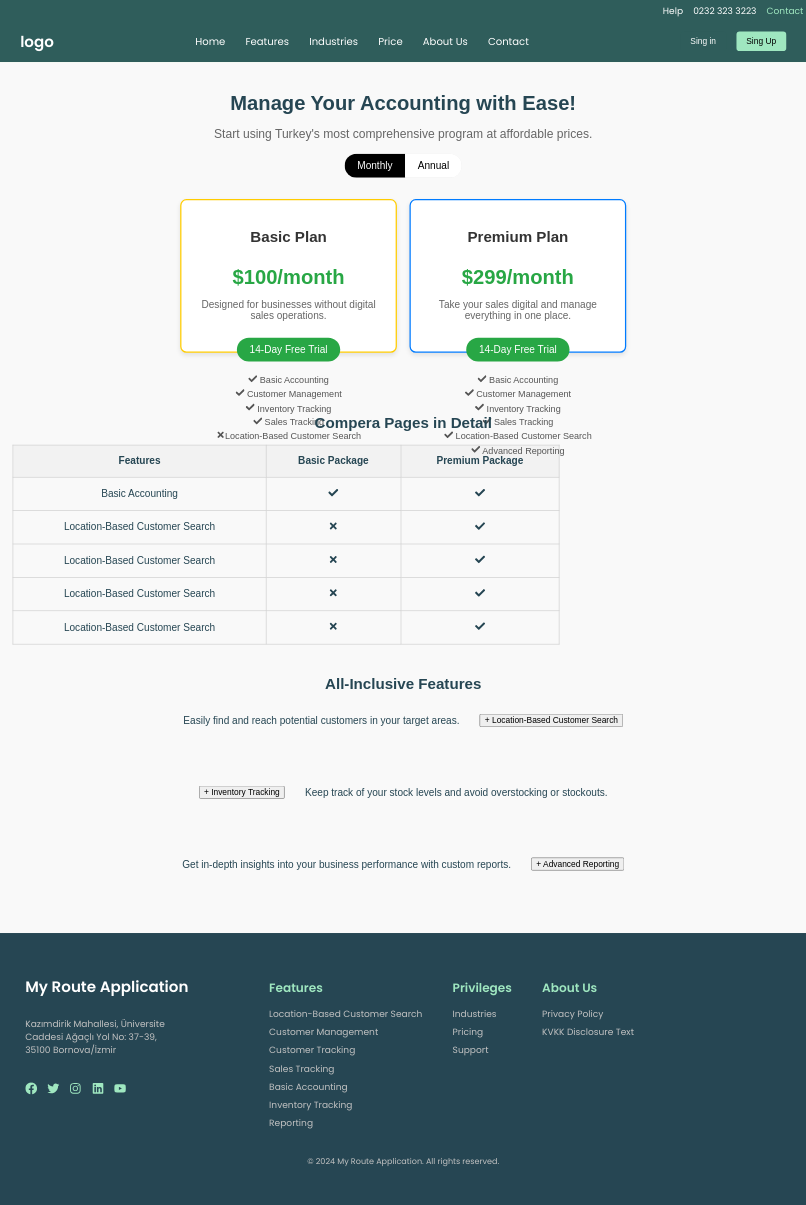
Repository: senolinanyasar/myrouteapplication
Page: /pricing
An editor plug-in stored every save of this project. The page is shown before and after the next save, followed by the edit.
The browser window is 1280 px wide. The pictures show the whole page, at 63% of full size.
The project was rebuilt for these pictures with package versions that can differ from the ones it lists, and the page was loaded fresh each time. Also part of the build but not shown: vite.config.js, src/components/HeroSection.css, src/components/HeroSection.js, src/components/FeaturesSection.js, src/components/PricingSection.css, src/components/PricingSection.js, src/components/SupportSection.css, src/components/SupportSection.js and 3 more.

Above is the page before, as saved 2024-11-16 21:44:12.

### src/index.css
@import url('https://fonts.googleapis.com/css2?family=Poppins:wght@400;600&display=swap');

body {
  font-family: 'Poppins', sans-serif;
  color: #264653;
  background-color: #f1faee;
  margin: 0;
  padding: 0;
  box-sizing: border-box;
}

code {
  font-family: source-code-pro, Menlo, Monaco, Consolas, 'Courier New',
    monospace;
}

### src/App.js
import React from 'react';
import { BrowserRouter as Router, Route, Routes } from 'react-router-dom';
import Header from './components/Header';
import HomePage from './components/HomePage';
import PricingPage from './components/PricingPage';
import TopBar from './components/TopBar';
import Footer from './components/Footer';


function App() {
  return (
    <Router>
      <TopBar/>
      <Header />
      <Routes>
        <Route path='/' element={<HomePage />} />
        <Route path='/pricing' element={<PricingPage />} />

      </Routes>
      <Footer/>
    </Router>

  );
}

export default App;

### src/components/Header.js
// Header.js
import React from 'react';
import './Header.css';
import { Link } from 'react-router-dom';

const Header = () => {
    return (
        <header className="header">
            <div className="header-logo">logo</div>
            <nav className="header-nav">

                    <Link to="/">Home</Link>
                    <Link to="/features">Features</Link>
                    <Link to="/industries">Industries</Link>
                    <Link to="/pricing">Price</Link>
                    <Link to="/aboutus">About Us</Link>
                    <Link to="/contact">Contact</Link>



            </nav>
            <div className="header-buttons">
                <button className="login-button">Sing in</button>
                <button className="register-button">Sing Up</button>
            </div>
        </header>
    );
};


export default Header;

### src/components/PricingPage.js
// PricingPage.js

import React, { useState } from "react";
import './PricingPage.css';
import { FaCheck, FaTimes } from "react-icons/fa";


const PricingPage = () => {
    const [isAnnual, setIsAnnual] = useState(false);

    return (
        <section className="pricing-page">
            <div className="pricing-header">
                <h1>Manage Your Accounting with Ease!</h1>
                <p>Start using Turkey's most comprehensive program at affordable prices.</p>
                <div className="toggle-buttons">
                    <button
                        className={`toggle-btn ${!isAnnual ? "active" : ""}`}
                        onClick={() => setIsAnnual(false)}
                    >
                        Monthly
                    </button>
                    <button
                        className={`toggle-btn ${isAnnual ? "active" : ""}`}
                        onClick={() => setIsAnnual(true)}
                    >
                        Annual
                    </button>
                </div>
            </div>
            <div className="pricing-plans">
                <div className="plan basic-plan">
                    <h3>Basic Plan</h3>
                    <p className="price">
                        {isAnnual ? "$1,000/year" : "$100/month"}
                    </p>
                    <p className="subtext">
                        Designed for businesses without digital sales operations.
                    </p>
                    <button className="try-button">14-Day Free Trial</button>
                    <ul>
                        <li><FaCheck /> Basic Accounting</li>
                        <li><FaCheck /> Customer Management</li>
                        <li><FaCheck /> Inventory Tracking</li>
                        <li><FaCheck /> Sales Tracking</li>
                        <li><FaTimes className="not-included" />Location-Based Customer Search</li>
                    </ul>
                </div>
                <div className="plan premium-plan">
                    <h3>Premium Plan</h3>
                    <p className="price">
                        {isAnnual ? "$3,000/year" : "$299/month"}
                    </p>
                    <p className="subtext">
                        Take your sales digital and manage everything in one place.
                    </p>
                    <button className="try-button">14-Day Free Trial</button>

                    <ul>
                        <li><FaCheck /> Basic Accounting</li>
                        <li><FaCheck /> Customer Management</li>
                        <li><FaCheck /> Inventory Tracking</li>
                        <li><FaCheck /> Sales Tracking</li>
                        <li><FaCheck /> Location-Based Customer Search</li>
                        <li><FaCheck /> Advanced Reporting</li>
                    </ul>
                </div>
            </div>


            <div className="comparison-table">
                <h2>Compera Pages in Detail</h2>
                <table>
                    <thead>
                        <tr>
                            <th>Features</th>
                            <th>Basic Package</th>
                            <th>Premium Package</th>
                        </tr>
                    </thead>
                    <tbody>
                        <tr>
                            <td>Basic Accounting</td>
                            <td><FaCheck /></td>
                            <td><FaCheck /></td>
                        </tr>
                        <tr>
                            <td>Location-Based Customer Search</td>
                            <td><FaTimes className="not-included" /></td>
                            <td><FaCheck /></td>
                        </tr>
                        <tr>
                            <td>Location-Based Customer Search</td>
                            <td><FaTimes className="not-included" /></td>
                            <td><FaCheck /></td>
                        </tr>
                        <tr>
                            <td>Location-Based Customer Search</td>
                            <td><FaTimes className="not-included" /></td>
                            <td><FaCheck /></td>
                        </tr>
                        <tr>
                            <td>Location-Based Customer Search</td>
                            <td><FaTimes className="not-included" /></td>
                            <td><FaCheck /></td>
                        </tr>
                    </tbody>
                </table>
            </div>

            <div className="features-expand">
                <h2> All-Inclusive Features</h2>
                <div className="feature">
                    <button className="feature-toggle">+ Location-Based Customer Search</button>
                    <p className="feature-description">Easily find and reach potential customers in your target areas.</p>
                </div>
                <div className="feature">
                    <button className="feature-toggle">+  Inventory Tracking</button>
                    <p className="feature-description">Keep track of your stock levels and avoid overstocking or stockouts.</p>
                </div>
                <div className="feature">
                    <button className="feature-toggle">+ Advanced Reporting</button>
                    <p className="feature-description">Get in-depth insights into your business performance with custom reports.</p>
                </div>
            </div>
        </section>
    );

};

export default PricingPage;

### src/components/TopBar.js
// TopBar.js
import React from 'react';
import './TopBar.css';

const TopBar = () => {
    return (
        <div className="top-bar">
            <div className="top-bar-content">
                <span>Help</span>
                <span>0232 323 3223</span>
                <a href="#contact">Contact</a>
            </div>
        </div>
    );
};

export default TopBar;

### src/components/Footer.js
// Footer.js

import React from 'react';
import './Footer.css';
import { FaFacebook, FaInstagram, FaLinkedin, FaTwitter, FaYoutube } from 'react-icons/fa';

const Footer = () => {
    return (
        <footer className="footer">
            <div className='footer-content'>
                <div className='footer-left'>
                    <div className='footer-logo'>
                        <h2>My Route Application</h2>
                    </div>
                    <p>Kazımdirik Mahallesi, Üniversite <br />Caddesi Ağaçlı Yol No: 37-39, <br />35100 Bornova/İzmir</p>
                    <div className='social-icons'>
                        <FaFacebook />
                        <FaTwitter />
                        <FaInstagram />
                        <FaLinkedin />
                        <FaYoutube />
                    </div>
                </div>

                <div className="footer-right">
                <br/><br/><br/><br/>
                    <div className='footer-section'>
                        <h4>Features</h4>
                        <ul>
                            <li>Location-Based Customer Search</li>
                            <li>Customer Management</li>
                            <li>Customer Tracking</li>
                            <li>Sales Tracking</li>
                            <li>Basic Accounting</li>
                            <li>Inventory Tracking</li>
                            <li>Reporting</li>
                        </ul>
                    </div>

                    <div className="footer-section">
                        <h4>Privileges</h4>
                        <ul>
                            <li>Industries</li>
                            <li>Pricing</li>
                            <li>Support</li>
                        </ul>
                    </div>

                    <div className="footer-section">
                        <h4>About Us</h4>
                        <ul>
                            <li>Privacy Policy</li>
                            <li>KVKK Disclosure Text</li>
                        </ul>
                    </div>
                </div>
            </div>

            <div className="footer-bottom">
                <p>&copy; 2024 My Route Application. All rights reserved.</p>
            </div>
        </footer>
    );
};

export default Footer;

### src/components/Header.css
/* Header.css */
.header{
    display: flex;
    justify-content: space-between;
    align-items: center;
    padding: 1rem 2rem;
    background-color: #2f5d5b;
    color: white;
    margin-top: 2rem;
    position: sticky;
    top: 2rem;
    z-index: 999;
}


.header-logo {
    font-size: 1.5rem;
    font-weight: bold;
}
.header-nav a{
    margin: 0 1rem;
    color: white;
    text-decoration: none;
}
.header-nav a:hover {
    color: #e9c46a;
  }

.header-buttons button{
    margin-left: 1rem;
    padding: 0.5rem 1rem;
    border: none;
    border-radius: 5px;
}

.login-button{
    background-color: #2f5d5b;
    color: white;
}

.register-button{
    background-color: #9fe7c0;
    color: black;
}

### src/components/PricingPage.css
/* PricingPage.css */

.pricing-page{
    font-family: "Arial",sans-serif;
    padding: 20px;
    text-align: center;
    background-color: #f9f9f9;
    text-align: center;
}

.pricing-header{
    text-align: center;
    margin-bottom: 30px;
}
.pricing-header h1{
    font-size: 2rem;
    font-weight: bold;
    margin-bottom: 10px;
}

.pricing-header p{
    margin-bottom: 20px;
    color: #666;
    font-size: 1.2rem;
}

.toggle-buttons{
    display: inline-block;
    background-color: #e9e9e9;
    border-radius: 20px;
    overflow: hidden;
}

.toggle-btn{
    padding: 10px 20px;
   font-size: 1rem;
    cursor: pointer;
    color: #000;
    border: none;
    background:  #fff;
    transition: all 0.3s;
}
.toggle-buttons .active{
    background-color: #000;
    color: #fff;
}

.pricing-plans{
    display: flex;
    justify-content: center;
    gap: 20px;
    margin-top: 30px;
    align-items: center;

}

.plan {
    background: #fff;
    border: 1px solid #ddd;
    border-radius: 10px;
    padding: 20px;
    width: 300px;
    height: 200px;
    margin-bottom: 50px;
    text-align: center;
    transition: transform 0.3s ease;
    box-shadow: 0px 4px 8px rgba(0, 0, 0, 0.1);
}

.plan:hover{
    transform: scale(1.05);
}
.plan h3{
    font-size: 1.5rem;
    color: #333;
    margin-bottom: 10px;
}

.plan .price{
    font-size: 2rem;
    font-weight: bold;
    color: #28a745;
    margin-bottom: 10px;
}

.plan .subtext{
    font-size: 1rem;
    color: #666;
    margin-bottom: 15px;
}



.plan ul{
    list-style: none;
    padding: 0;
    margin-top: 20px;
}

.plan ul li{
    color: #555;
    font-size: 0.9rem;
    margin-bottom: 5px;
}

.try-button{
    background: #28a745;
    color: #fff;
    padding: 10px 20px;
    border: none;
    border-radius: 20px;
    cursor: pointer;
    font-size: 1rem;
    margin-top: 10px;
    transition: transform 0.3s ease;
}

.try-button:hover{
    background: #218838;
}
.basic-plan{
    border: 2px solid #ffcc00;
}
.premium-plan{
    border: 2px solid #007bff;
}
.comparison-table{
    margin-top: 3rem;
    text-align: center;
}

.comparison-table table{

    width: 70%;
    border-collapse: collapse;
}

.comparison-table th,
.comparison-table td{
    padding: 1rem;
    border: 1px solid #ccc
}

.comparison-table th{
    background-color: #f2f2f2;
}

.comparison-table td{
    text-align: center;
}

.features-expand{
    margin-top: 3rem;
}

.feture{
    margin-top: 1rem;
}


.feture-toggle{
    background: none;
    border: none;
    font-size: 1rem;
    font-weight: bold;
    color: #2a9d8f;
    cursor: pointer;
    display: block;
    text-align: left;
    padding: 0.5rem;
}

.feture-description{
    display: none;
    color: #6d6d6d;
    font-size: 0.9rem;
    margin-top: 0.5rem;
}

.feture-toggle:focus + .feture-description,
.feture-toggle:hover + .feture-description{
    display: block;
}

### src/components/TopBar.css
/* TopBar.css */

.top-bar {
    background-color: #2f5d5b;
    color: white;
    padding: 0.5rem;
    font-size: 0.9rem;
    display: flex;
    justify-content: center;
    position: fixed;
    top: 0;
    width: 99%;
    z-index: 1000;
}
.top-bar-content {
    display: flex;
    gap: 1rem;
    align-items: center;
    justify-content: flex-end;
    width: 100%;
}

.top-bar-content span{
    color: #ffffff;
}
.top-bar-content a{
    color: #9fe7c0;
    text-decoration: none;
    transition: color 0.3s;
}

.top-bar-content a:hover{
    color: #c3f2d0;
}

### src/components/Footer.css
/* Footer.css */

.footer {
    background-color: #264653;
    color: #ffffff;
    padding: 3rem 2rem;
}
.footer-content{
    display: flex;
    max-width: 1200px;
    justify-content: space-around;
    margin: 0 auto;
}

.footerleft{
    flex: 1;
    max-width: 300px;
}

.footer-logo h2{
    font-size: 1.5rem;
    color: #ffffff;
    margin-bottom: 2rem;
}


.footer-left p{
    color: #c3c3c3;
    font-size: 0.9rem;
    margin-bottom: 2.5rem;
}

.social-icons{
    display: flex;
    gap: 1rem;
    font-size: 1.2rem;
}


.social-icons svg{
    color: #9fe7c0;
    cursor: pointer;
    transition: color 0.3s ease;
}
.social-icons svg:hover {
    color: #c3f2d0;
}

.footer-right{
    display: flex;
    gap: 3rem;
    flex: 2;
    margin-left: 5rem;
}

.footer-section{
    text-align: left;
}
.footer-section h4{
    font-size: 1.2rem;
    color: #9fe7c0;
    margin-bottom: 1rem;
}
.footer-section ul{
    list-style: none;
    padding: 0;
    margin: 0;

}

.footer-section ul li{
    font-size: 0.9rem;
    margin-bottom: 0.5rem;
    color: #c3c3c3;
    cursor: pointer;
    transition: color 0.3s ease;
}

.footer-sectionul li:hover{
    color: #ffffff;
}

.footer-bottom{
    text-align: center;
    font-size: 0.8rem;
    color: #c3c3c3;
    margin-top: 2rem;
}

### src/components/FeaturesSection.css
/* FeaturesSection.css */
.features-section {
    padding: 4rem 2rem;
    text-align: center;
}

.features-title {
    font-size: 2rem;
    font-weight: 600;
    color: #264653;
    margin-bottom: 3rem;
    line-height: 1.2;
}



.feature {
    display: flex;
    align-items: center;
    justify-content: center;
    gap: 2rem;
    margin-bottom: 4rem;
    flex-direction: row;
}

.feature:nth-child(even) {
    flex-direction: row-reverse;
}

.feature-text {
    flex: 1;
    max-width: 500px;
    text-align: left;
}

.features h3 {
    font-size: 1.8rem;
    font-weight: 600;
    color: #264653;
    margin-bottom: 1rem;
}

.feature-text p {
    font-size: 1.1rem;
    color: #6d6d6d;
    margin-bottom: 1.5rem;
}

.cta-button {
    padding: 0.8rem 1.5rem;
    font-size: 1rem;
    color: #2f5d5b;
    background-color: #9fe7c0;
    border: none;
    border-radius: 5px;
    cursor: pointer;
    transition: background-color 0.3s ease;
    text-align: center;
}

.cta-button:hover {
    background-color: #c3f2d0;
}

.feature-image {
    flex: 1;
    max-width: 400px;
    height: auto;
}

.feature-image img {
    width: 100%;
    height: auto;
    object-fit: cover;
    border-radius: 10px;
}

Loaded but not shown: public/index.html (common file); src/index.js (common file); src/reportWebVitals.js (common file)

After the next save:
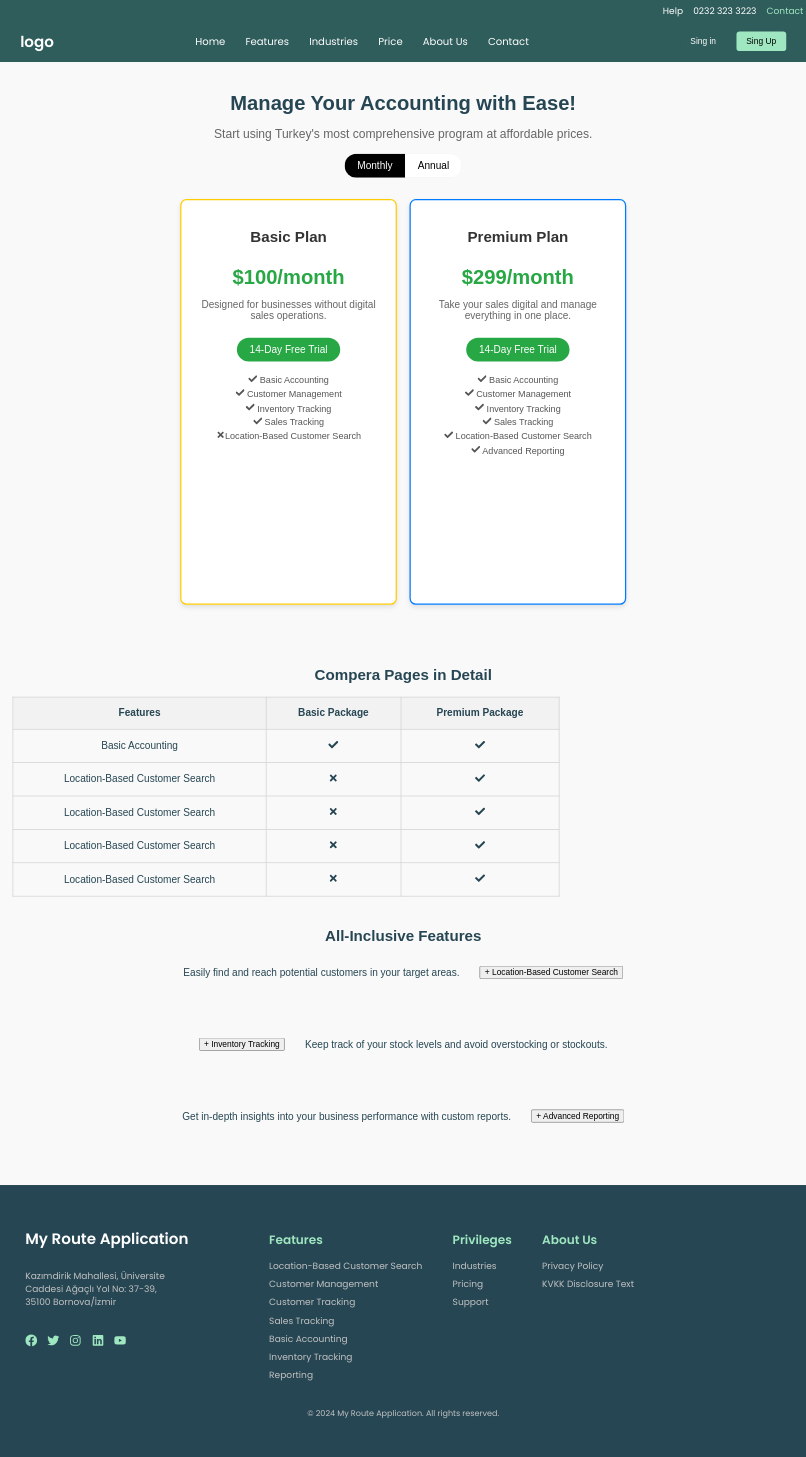
Saved 5 s later.
--- a/src/components/PricingPage.css
+++ b/src/components/PricingPage.css
@@ -60,7 +60,7 @@
     border-radius: 10px;
     padding: 20px;
     width: 300px;
-    height: 200px;
+    height: 600px;
     margin-bottom: 50px;
     text-align: center;
     transition: transform 0.3s ease;
